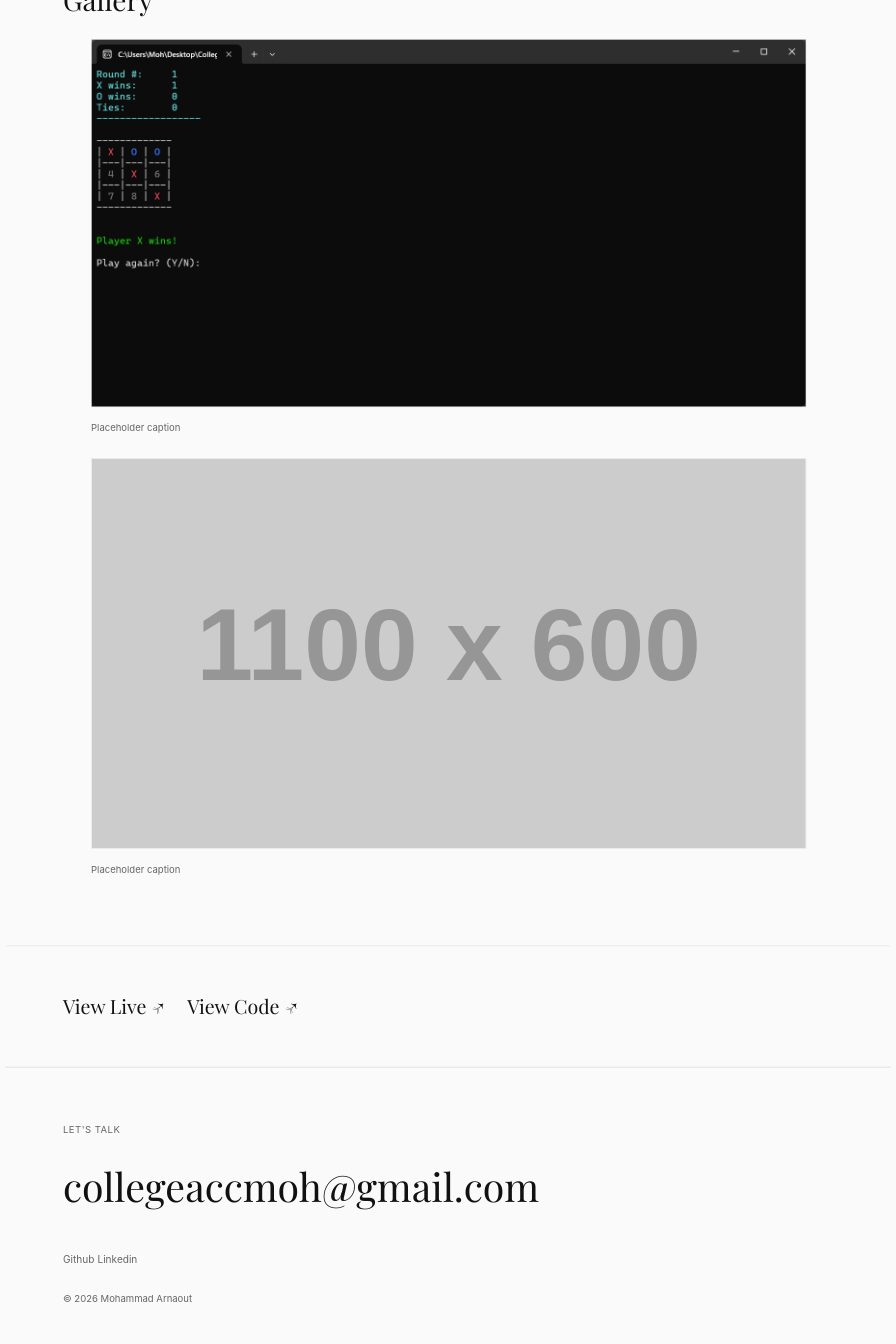
Repository: Moh-Arna/Moh-Arna
Page: project-detail-p1.html
An editor plug-in stored every save of this project. The page is shown before and after the next save, followed by the edit.
The browser window is 1280 px wide. The pictures show the part of the page from y = 2234 to 4154 px (the page is 4154 px tall before and 4121 px after), at 70% of full size.
Some web fonts or font styles are not loaded; a fallback is used.

Above is the page before, as saved 2026-05-15 22:14:43.

After the next save:
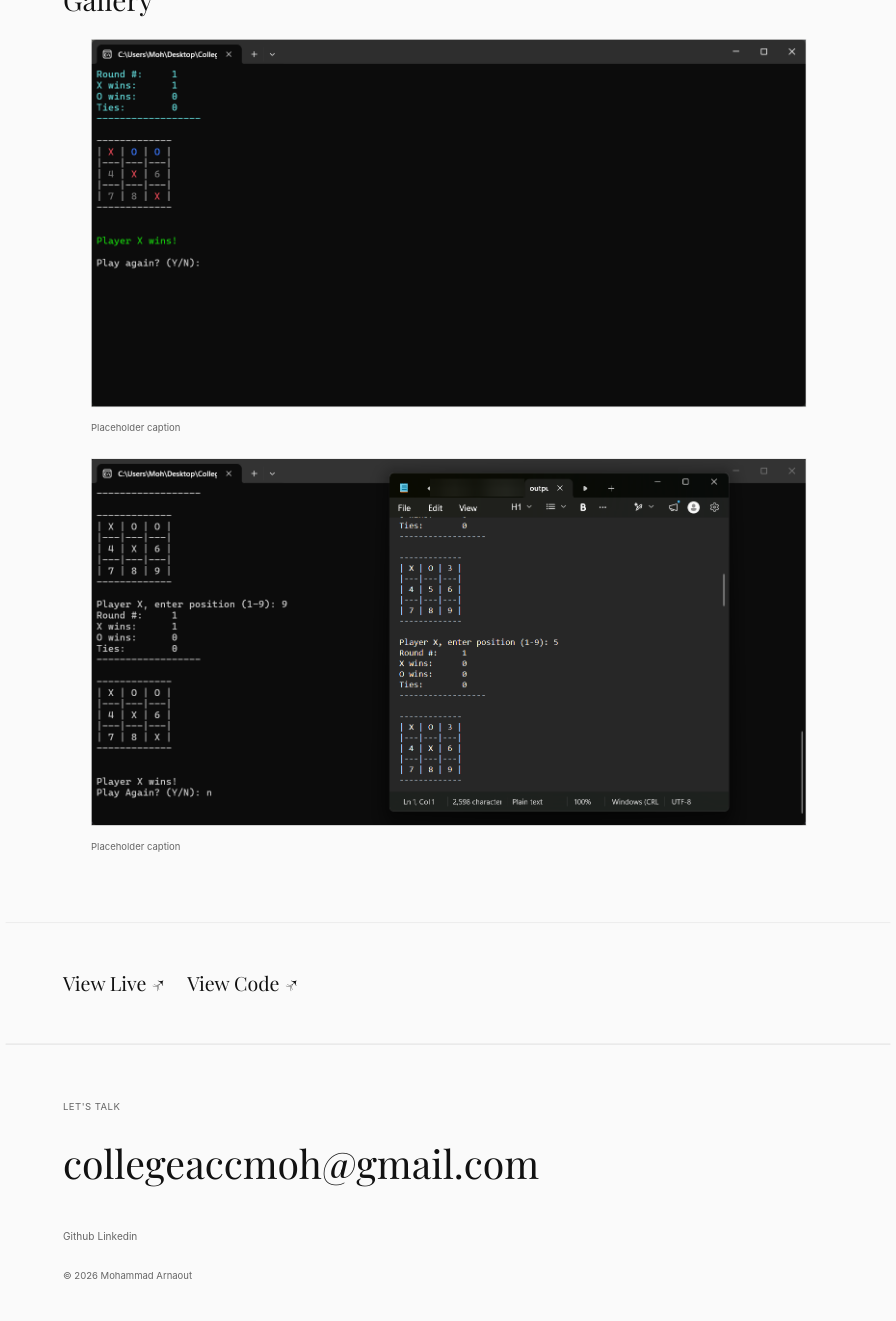
Saved 104 s later.
--- a/project-detail-p1.html
+++ b/project-detail-p1.html
@@ -117,11 +117,11 @@
       <div class="container">
         <h2 class="section-title">Gallery</h2>
         <figure>
-          <img src="./assets/images/p1-img2.png" alt="[Description of screenshot]">
+          <img src="./assets/images/p1-img2.png" alt="A picture of the tic tac toe game with a winner">
           <figcaption>Placeholder caption</figcaption>
         </figure>
         <figure>
-          <img src="https://placehold.co/1100x600" alt="[Description of screenshot]">
+          <img src="./assets/images/p1-img3.png" alt="A picture where the player has stopped playing tic tac toe, and the output file for all the games played">
           <figcaption>Placeholder caption</figcaption>
         </figure>
       </div>
